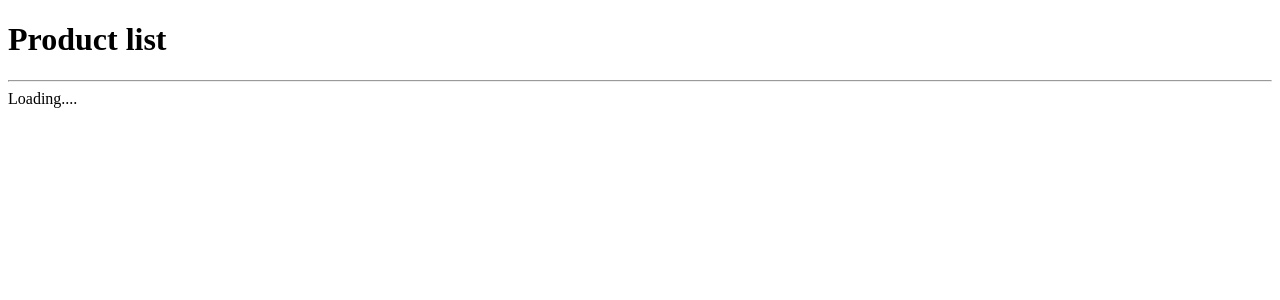
Repository: Santhra-k-joy/Spring-MVC
Page: http://localhost/Spring_MVC/show-products.jsp
These files come from the project's save history. The page is drawn as it stood at one moment and after the next save; the edit follows.
The browser window is 1280 px wide. The pictures show the whole page.
The page is served by Tomcat 9.

Above is the page before, as saved 2021-03-18 09:18:26.

After the next save:
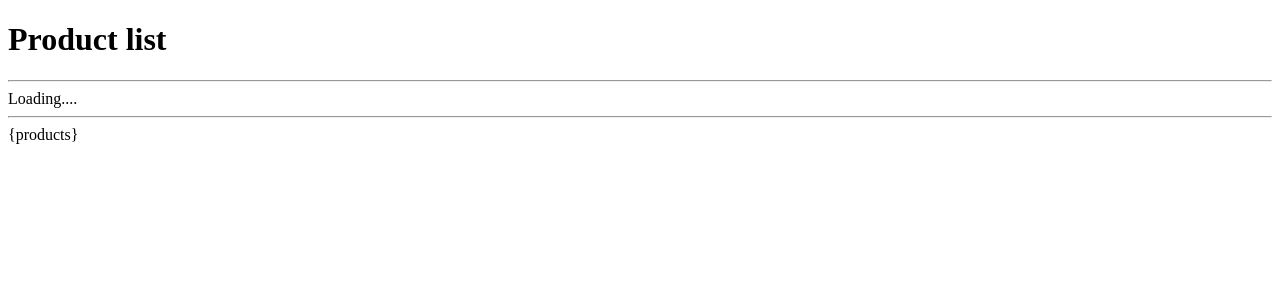
Saved 6 min 22 s later.
--- a/Spring_MVC/src/main/webapp/show-products.jsp
+++ b/Spring_MVC/src/main/webapp/show-products.jsp
@@ -10,5 +10,7 @@
 <h1>Product list</h1>
 <hr>
 <p1>Loading....</p1>
+<hr>
+{products}
 </body>
 </html>
